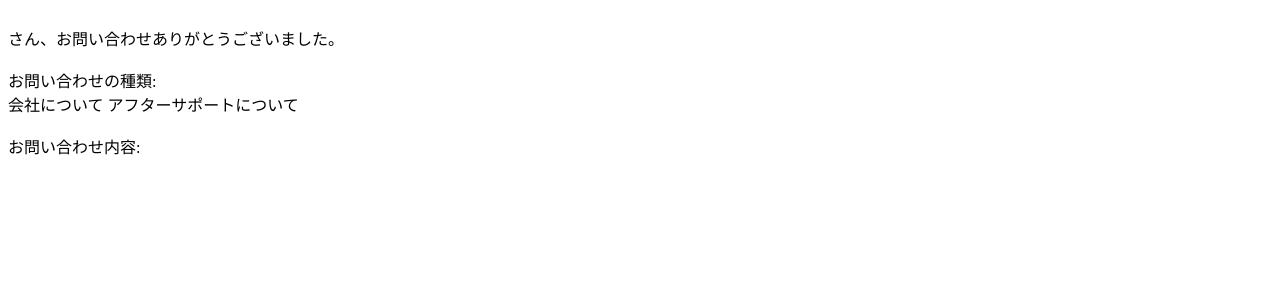
Repository: jun-01731/test
Page: http://localhost/WebProj2/inquiryComplete.jsp
The author's editor kept a copy of each file at every save. The page is drawn from the files as they stood at one save, then again after the next save.
The browser window is 1280 px wide. The pictures show the whole page.
The page is served by Tomcat 9. Nobody is signed in. The application's start-up code is not run.

Above is the page before, as saved 2018-06-15 04:47:54.

After the next save:
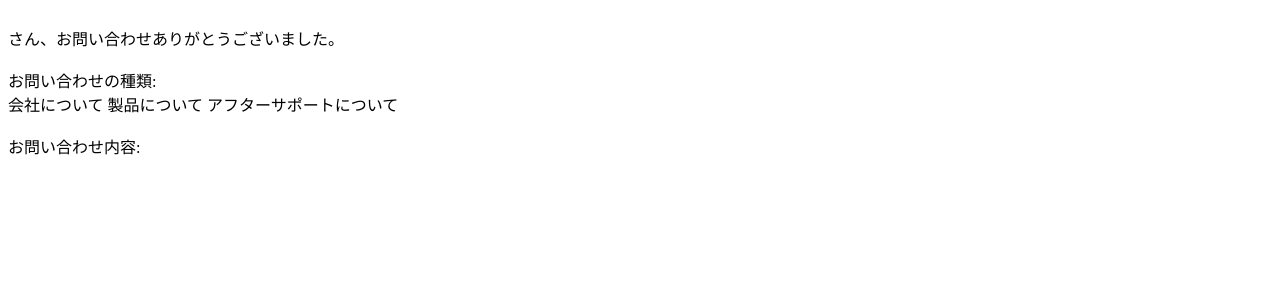
Saved 4 min 45 s later.
--- a/WebProj2/WebContent/inquiryComplete.jsp
+++ b/WebProj2/WebContent/inquiryComplete.jsp
@@ -13,12 +13,19 @@
 <s:property value="name" />さん、お問い合わせありがとうございました。
 <br>
 <br>お問い合わせの種類:<br>
+
 <s:if test ='qtype=="company"'>
 会社について
 </s:if>
+
+<s:if test='qtype=="product"'>
+製品について
+</s:if>
+
 <s:if test='qtype=="support"'>
 アフターサポートについて
 </s:if>
+
 <br>
 <br>お問い合わせ内容:<br>
 <s:property value="body" />
